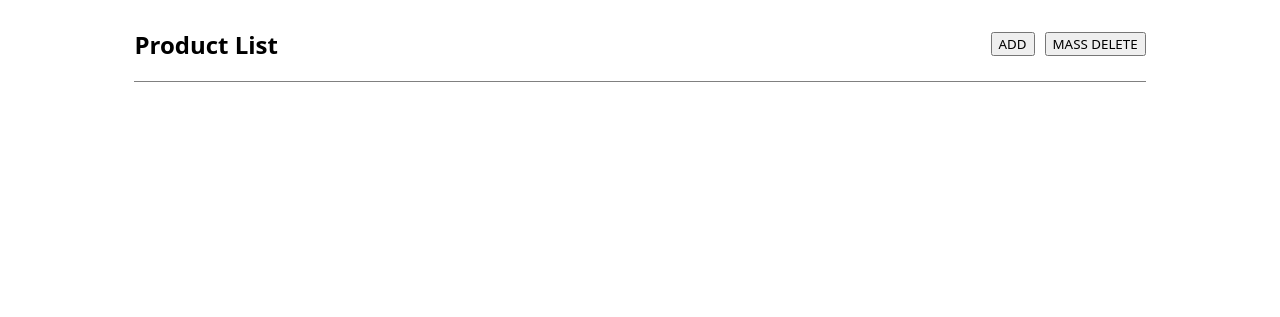
Repository: gabyto19/scandiweb
Page: http://localhost/
An editor plug-in stored every save of this project. The page is shown before and after the next save, followed by the edit.
The browser window is 1280 px wide. The pictures show the whole page.
The page is run by PHP 8.4 with error messages shown; the project is at /var/www/html/.

Above is the page before, as saved 2023-03-08 01:10:04.

After the next save:
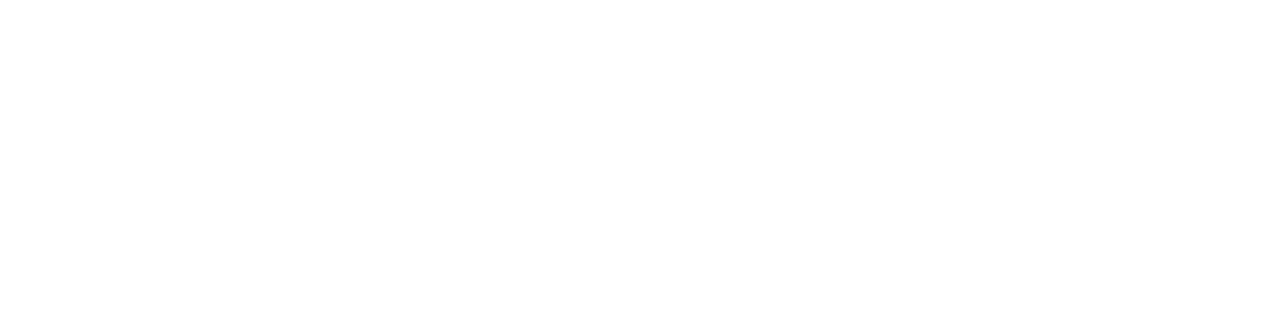
Console error: TypeError: Cannot read properties of undefined (reading 'sku')
Saved 35 s later.
--- a/index.php
+++ b/index.php
@@ -24,7 +24,7 @@
 
 
     <div class="grid-container">
-      <div v-for="row in allData">
+      <div >
         <input type="checkbox" id="delete-checkbox" class="delete-checkbox" />
         <p>sku:{{row.sku}}</p>
         <p>name:{{row.name}}</p>

After the save that followed:
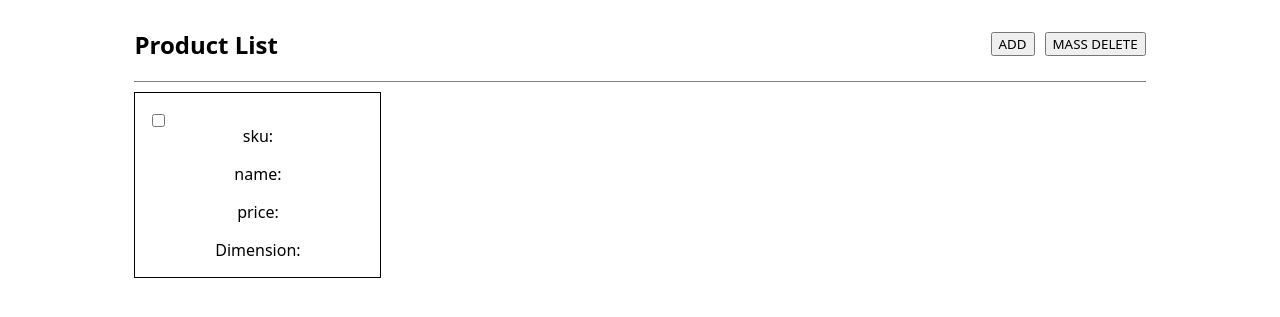
The error is gone.
Saved 44 s later.
--- a/index.php
+++ b/index.php
@@ -24,12 +24,12 @@
 
 
     <div class="grid-container">
-      <div >
+      <div>
         <input type="checkbox" id="delete-checkbox" class="delete-checkbox" />
-        <p>sku:{{row.sku}}</p>
-        <p>name:{{row.name}}</p>
-        <p>price:{{row.price}}$</p>
-        <p>Dimension: {{row.dimension}}</p>
+        <p>sku:</p>
+        <p>name:</p>
+        <p>price:</p>
+        <p>Dimension:</p>
 
       </div>
     </div>
